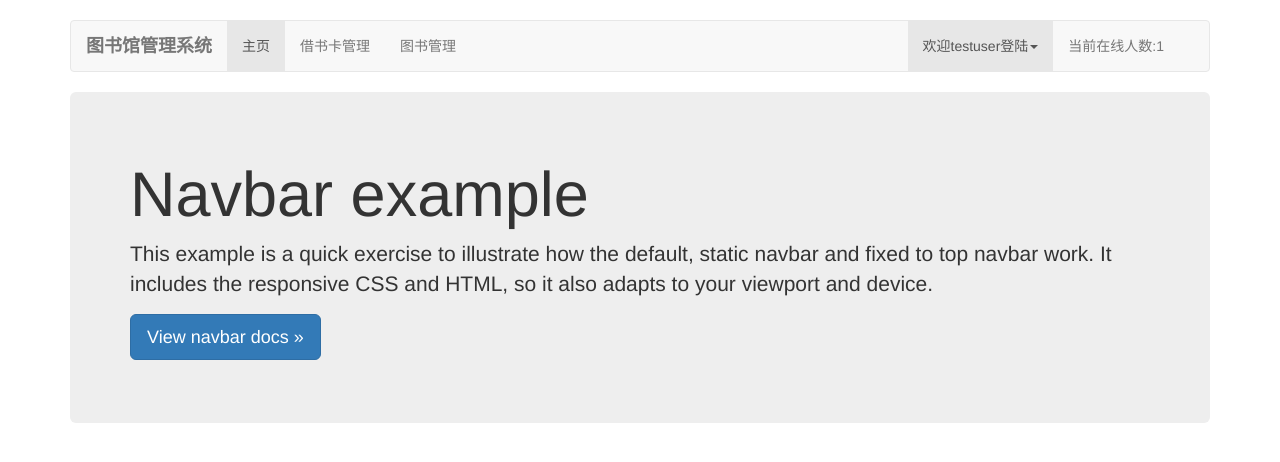
Repository: chaice/code
Page: http://localhost/web5/home
The author's editor kept a copy of each file at every save. The page is drawn from the files as they stood at one save, then again after the next save.
The browser window is 1280 px wide. The pictures show the whole page.
Some web libraries are served in a nearby version. The page is served by Tomcat 9. The session is filled in as if someone had signed in: {"username": "testuser"}.

Above is the page before, as saved 2016-06-02 08:10:17.

After the next save:
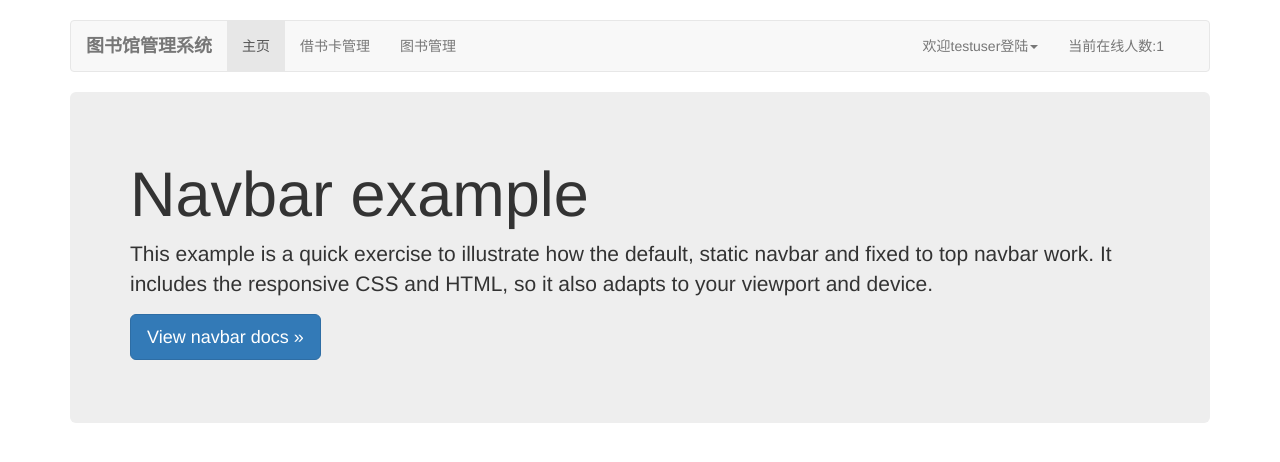
Saved 66 s later.
--- a/web5/WebContent/WEB-INF/views/home.jsp
+++ b/web5/WebContent/WEB-INF/views/home.jsp
@@ -17,7 +17,7 @@
     <script src="//cdn.bootcss.com/jquery/1.11.3/jquery.min.js"></script>
     <script src="//cdn.bootcss.com/bootstrap/3.3.5/js/bootstrap.min.js"></script>
 <script>
-	$("ul>li:nth-child(1)").addClass("active");
+	$("#l1").addClass("active");
 </script>
 </body>
 </html>
